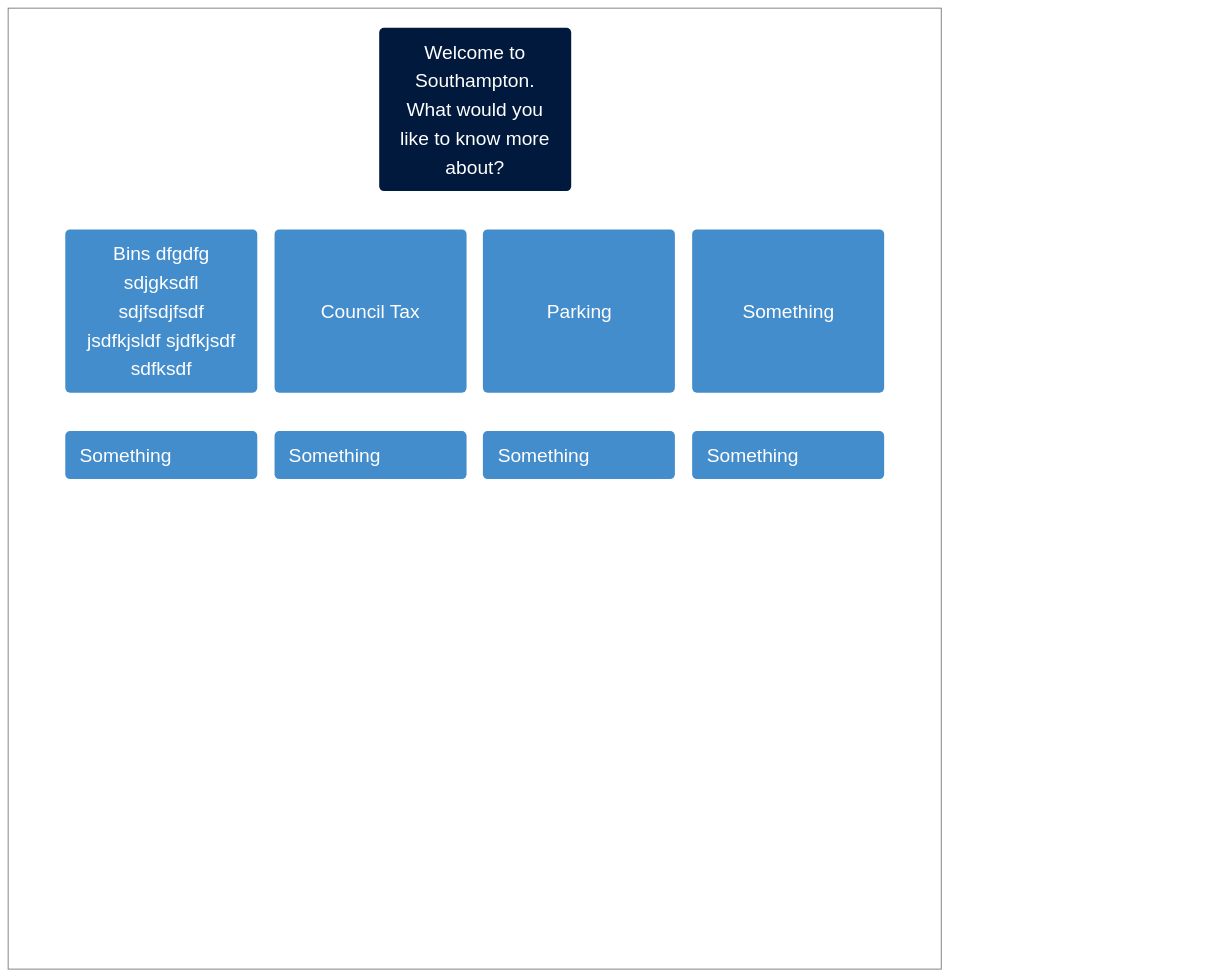
Repository: Domehead123/test
Page: index.html
The author's editor kept a record of every edit. The page is drawn from the files as they stood at one moment, then again after the next edit.
The browser window is 1280 px wide. The pictures show the whole page, at 96% of full size.

Above is the page before.

After the next edit:
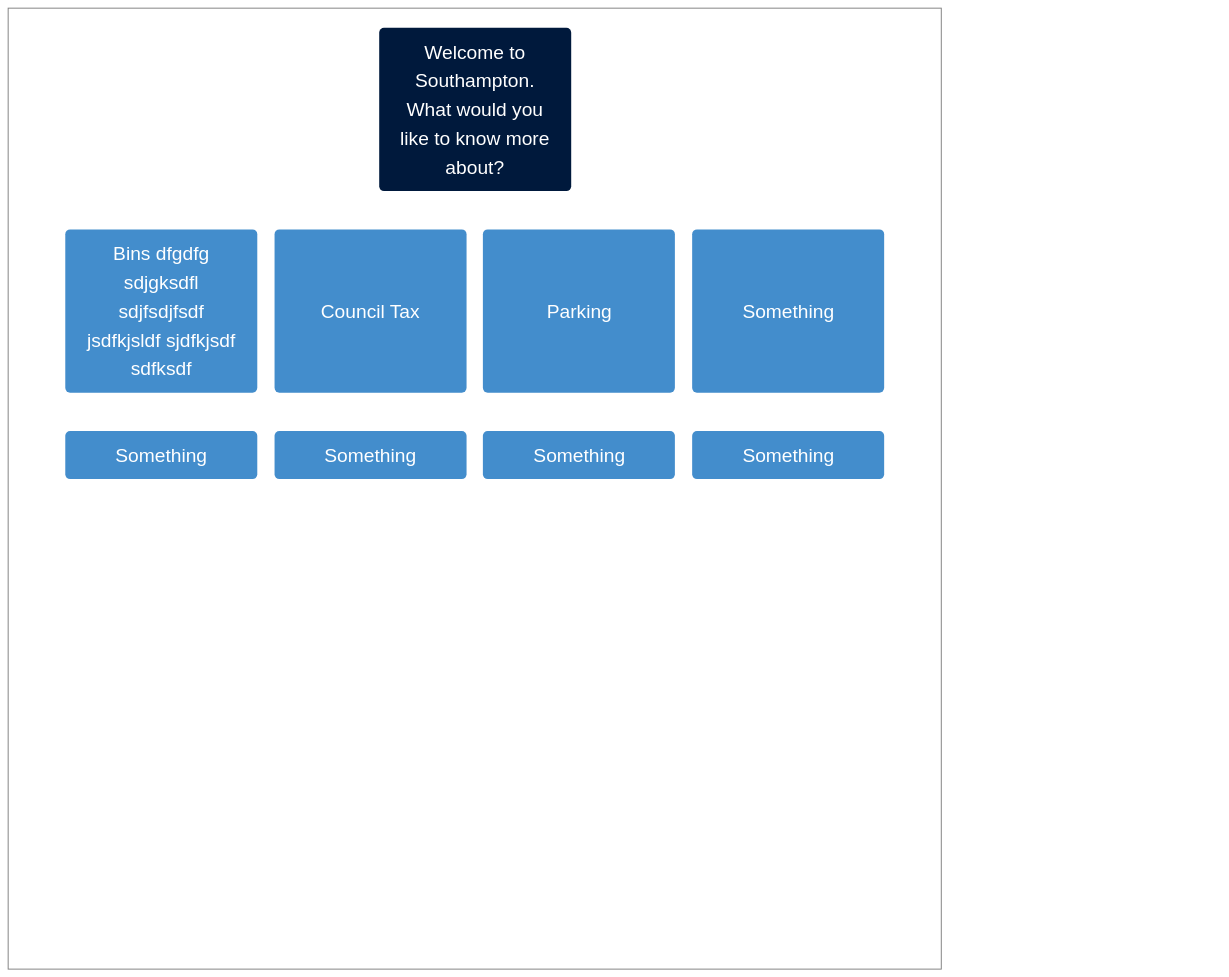
The edit:
--- a/index.html
+++ b/index.html
@@ -17,10 +17,10 @@
     <div class="bottom-box" id="option2"><span>Council Tax</span></div>
     <div class="bottom-box" id="option3"><span>Parking</span></div>
     <div class="bottom-box" id="option4"><span>Something</span></div>
-    <div class="bottom-box" id="option5">   Something</div>
-    <div class="bottom-box" id="option6">   Something</div>
-    <div class="bottom-box" id="option7">   Something</div>
-    <div class="bottom-box" id="option8">   Something</div>
+    <div class="bottom-box" id="option5"><span>Something</div>
+    <div class="bottom-box" id="option6"><span>Something</div>
+    <div class="bottom-box" id="option7"><span>Something</div>
+    <div class="bottom-box" id="option8"><span>Something</div>
     </div>
 </body>
 </html>
